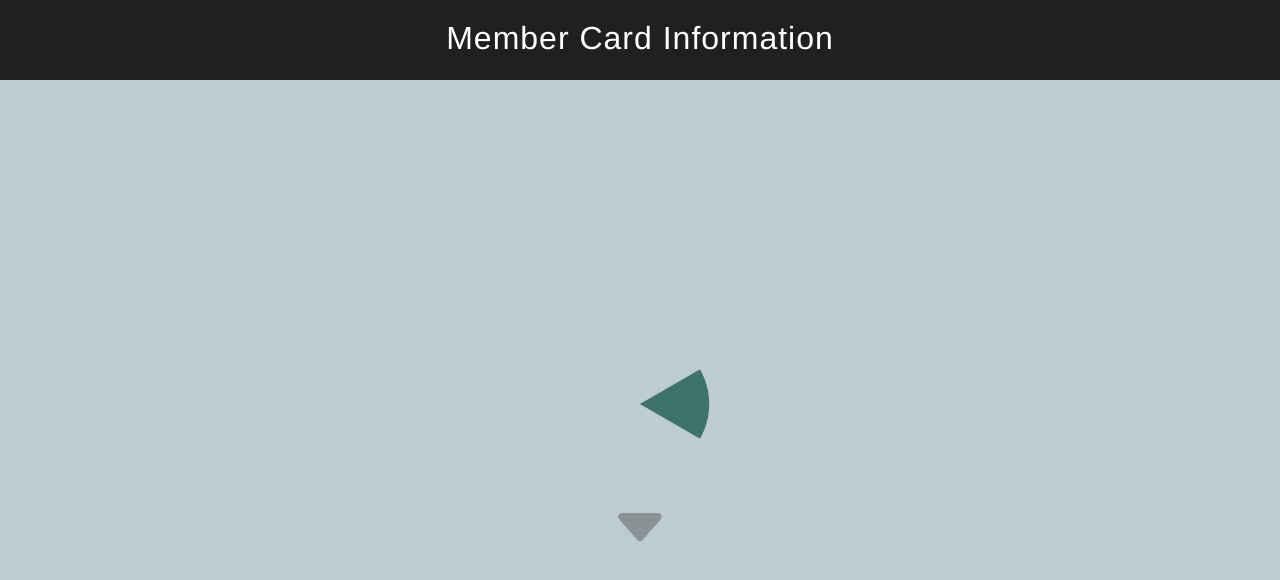
Repository: Leooook/lzhao-fed-test
Page: /
The author's editor kept a copy of each file at every save. The page is drawn from the files as they stood at one save, then again after the next save.
The browser window is 1280 px wide. The pictures show the whole page.
The page's requests for data from a server got no answer. The project was rebuilt for these pictures with package versions that can differ from the ones it lists, and the page was loaded fresh each time. No one was signed in, and anything a server would have sent is missing. Also part of the build but not shown: src/components/detail.jsx.

Above is the page before, as saved 2021-03-15 22:13:37.

### src/index.html
<!DOCTYPE html>
<html lang="en">
	<head>
		<meta charset="utf-8" />
		<meta http-equiv="X-UA-Compatible" content="IE=edge,chrome=1" />
		<title>Member Card Info</title>
		<meta name="description" content="" />
		<meta name="viewport" content="width=device-width, initial-scale=1.0, maximum-scale=1.0, user-scalable=no" />
	</head>
	<body>
		<div id="root" class="react-root"></div>
	</body>
</html>

### src/App.js
import React, {useState} from 'react';
import {BsCaretDownFill} from 'react-icons/bs'

import './App.css'
import Header from './components/header.jsx'
import Feature from './components/feature.jsx'

export default function App() {
  const [featureAmount, setFeatureAmount] = useState([1])
  const [iconsDisplay, setIconsDisplay] = useState(false)

  const setFeature = () => {
    setFeatureAmount(featureAmount => {return [...featureAmount, 1]})
  }

  const setIcons = () => {
    setIconsDisplay(true)
  }

	return (
    <div className='app'>
      <Header />
      {
        featureAmount.map((key) => <Feature key = {key} setIcons={() => setIcons()} />)
      }
      {
        iconsDisplay ? <BsCaretDownFill className='add-feature' onClick={() => setFeature()}/> : null
      }
    </div>
  )
}

### src/App.css
* {
	margin: 0;
	padding: 0;
	box-sizing: border-box;
}
:root {
	--nav-black: rgba(14, 14, 14, 0.897);
	--white: #ffffff;
	--light-blue: rgb(189, 204, 208);
	--grey: rgb(145, 145, 145);
	--light-grey: rgb(209, 209, 209);
}
/* app */
.app {
	max-width: 100vw;
	min-height: 100vh;
	background-color: var(--light-blue);
}
.add-feature {
	position: relative;
	color: rgba(65, 65, 65, 0.418);
	width: 60px;
	height: 60px;
	margin: 30px auto 0 auto;
	display: block;
	cursor: pointer;
	animation: upAndDown 3s ease-in-out infinite;
}
.add-feature:active {
	transform: scale(1.1);
	transition: all 1s ease;
}
@keyframes upAndDown {
	0% {
		bottom: 0;
	}
	50% {
		bottom: 10px;
	}
	100% {
		bottom: 0;
	}
}
/* end of app */
/* header */
.header {
	background-color: var(--nav-black);
	height: 80px;
	padding: 20px;
	margin-bottom: 80px;
	font-size: 2rem;
	font-family: 'Franklin Gothic Medium', 'Arial Narrow', Arial, sans-serif;
	text-align: center;
	color: var(--white);
	letter-spacing: 1px;
}
@media screen and (max-width: 500px) {
	.header {
		margin-bottom: 30px;
		padding: 30px;
		font-size: 1.4rem;
	}
}
/* end of header */
/* loader */
.load {
	width: 100%;
}
.loadPic {
	height: 20vh;
	width: 20vh;
	display: block;
	margin: 35vh auto 0 auto;
}
/* end of loader */
/* feature */
.feature {
	margin-top: -65px;
	padding: 60px 8%;
	display: grid;
	grid-template-columns: repeat(auto-fill, minmax(450px, 1fr));
	grid-row-gap: 50px;
	grid-column-gap: 80px;
}
@media screen and (max-width: 500px) {
	.feature {
		padding: 30px 20px;
		display: initial;
	}
}
/* end of feature */
/* detail */
.detail {
	margin: auto;
	padding: 10px 20px;
	width: 450px;
	height: 240px;
	background: hsla(0, 0%, 100%, .3);
	border-radius: 6px;
	box-shadow: 0 6px 20px 6px rgba(0, 0, 0, 0.207);
	display: flex;
	align-items: center;
	cursor: pointer;
	transition: all linear 0.2s;
}
.detail:hover {
	transform: scale(1.05);
	box-shadow: 0 10px 30px 10px rgba(0, 0, 0, 0.207);
}
.left-section {
	width: calc(40% - 20px);
	margin-right: 10%;
}
.right-section {
	width: clac(50% - 20px);
}
.detail-pic {
	margin: 0 auto;
	height: 140px;
	width: 140px;
	border-radius: 50%;
	box-shadow: 0 0 10px 8px var(--light-grey);
}
.detail-info {
	margin-bottom: 10px;
}
.detail-name {
	font-family: 'Playfair Display', serif;
	font-weight: bold;
	font-size: 1.3rem;
}
.detail-name2 {
	font-weight: 100;
	font-size: 0.9rem;
	color: rgb(82, 82, 82);
	font-style: oblique;
}
.detail-sex-date {
	display: flex;
}
.detail-date {
	margin-right: 13px;
}
.detail-font {
	font-family: 'Source Sans Pro', sans-serif;
	font-size: 0.8rem;
}
@media screen and (max-width: 500px) {
	.detail {
		margin-bottom: 30px;
		width: 90vw;
		height: 50vw;
	}
	.detail-pic {
		height: 100px;
		width: 100px;
	}
	.detail-info {
		margin-bottom: 6px;
	}
	.detail-name {
		font-size: 1rem;
	}
	.detail-name2 {
		font-size: 0.8rem;
	}
	.detail-date {
		margin-right: 8px;
	}
	.detail-font {
		font-size: 0.75rem;
	}
}
/* end of detail */

### src/components/header.jsx
import React, { Component } from 'react'

class Header extends Component {
	render() {
		return <section className="header">Member Card Information</section>
	}
}

export default Header

### src/components/feature.jsx
import React, { Component } from 'react'

import Loader from './loader.jsx'
import Detail from './detail.jsx'

class Feature extends Component {
	state = {
		dataSet: [],
		dataAmount: 6
	}

	fetchData = () => {
		fetch('https://randomuser.me/api/', {
			method: 'GET'
		})
			.then((response) => response.json())
			.then((data) => {
				let dataSet = this.state.dataSet
				dataSet.push(data.results[0])
				this.setState({ dataSet })
			})
			.catch((error) => {
				console.error('Error:', error)
			})
	}

	componentDidMount() {
		for (let i = 0; i < this.state.dataAmount; i++) {
			this.fetchData()
		}
	}

	render() {
		if (this.state.dataSet.length === 0 || this.state.dataSet.length % 6 !== 0) {
			this.props.setIcons()
			return <Loader />
		} else {
			this.props.setIcons()
			return (
				<section className="feature">
					{this.state.dataSet.map((each, key) => <Detail key={key} data={each} />)}
				</section>
			)
		}
	}
}

export default Feature

### src/components/loader.jsx
import React from 'react'

import loadPic from '../images/load.gif'

function Loader() {
	return (
		<section className="load">
			<img src={loadPic} className="loadPic" alt="load" />
		</section>
	)
}

export default Loader

Loaded but not shown: src/index.js (common file)

After the next save:
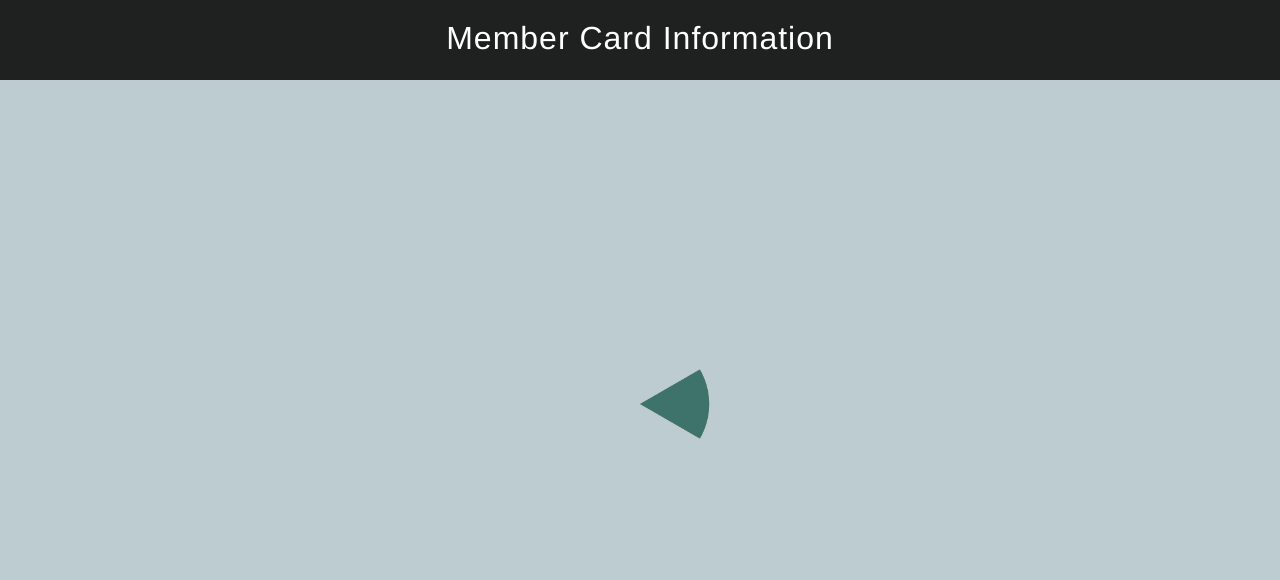
Saved 3 min 12 s later.
--- a/src/components/feature.jsx
+++ b/src/components/feature.jsx
@@ -32,7 +32,6 @@
 
 	render() {
 		if (this.state.dataSet.length === 0 || this.state.dataSet.length % 6 !== 0) {
-			this.props.setIcons()
 			return <Loader />
 		} else {
 			this.props.setIcons()

After the 2 saves that followed:
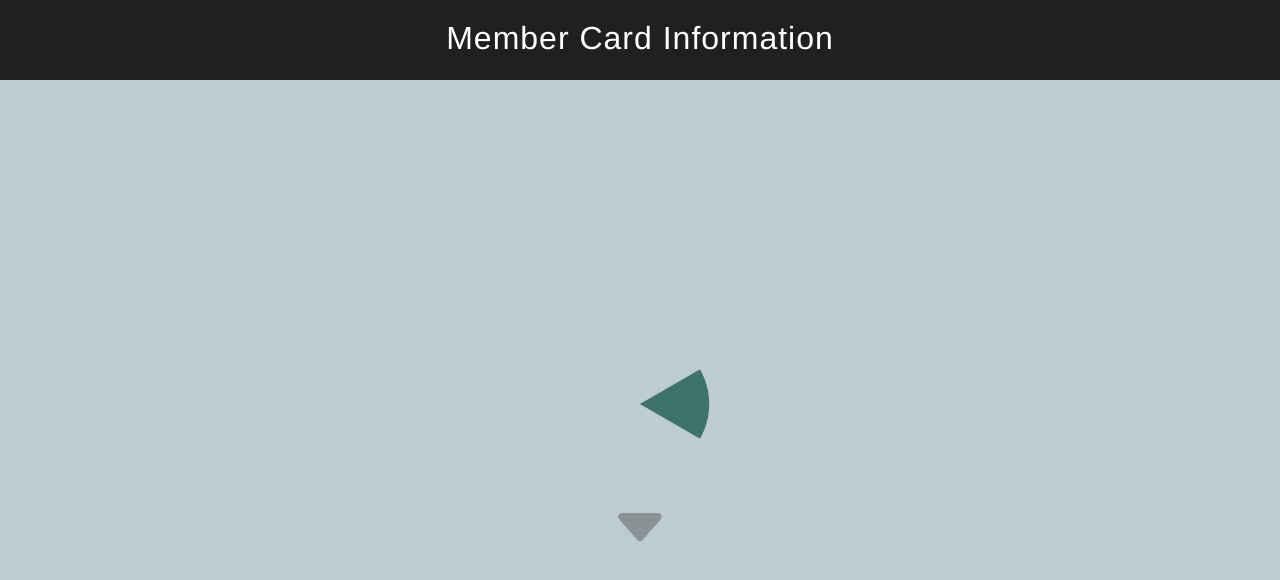
The 2 saves are shown as one change because they came seconds apart.
The last was saved 43 s later.
--- a/src/components/feature.jsx
+++ b/src/components/feature.jsx
@@ -10,6 +10,7 @@
 	}
 
 	fetchData = () => {
+		this.props.setIcons()
 		fetch('https://randomuser.me/api/', {
 			method: 'GET'
 		})
@@ -34,7 +35,6 @@
 		if (this.state.dataSet.length === 0 || this.state.dataSet.length % 6 !== 0) {
 			return <Loader />
 		} else {
-			this.props.setIcons()
 			return (
 				<section className="feature">
 					{this.state.dataSet.map((each, key) => <Detail key={key} data={each} />)}
